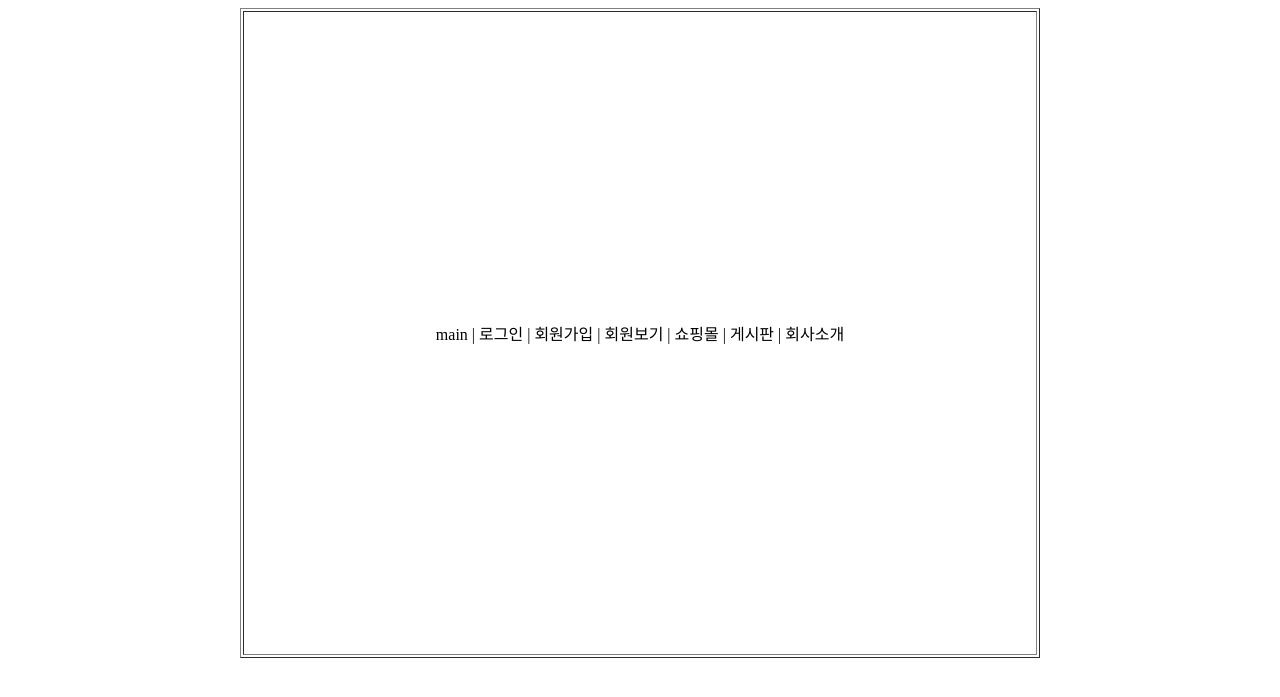
Repository: sungeunbyeol/Nowon-ezen-jsp
Page: http://localhost/myHome/
These files come from the project's save history. The page is drawn as it stood at one moment and after the next save; the edit follows.
The browser window is 1280 px wide. The pictures show the whole page.
The page is served by Tomcat 9.

Above is the page before, as saved 2021-11-03 01:49:53.

After the next save:
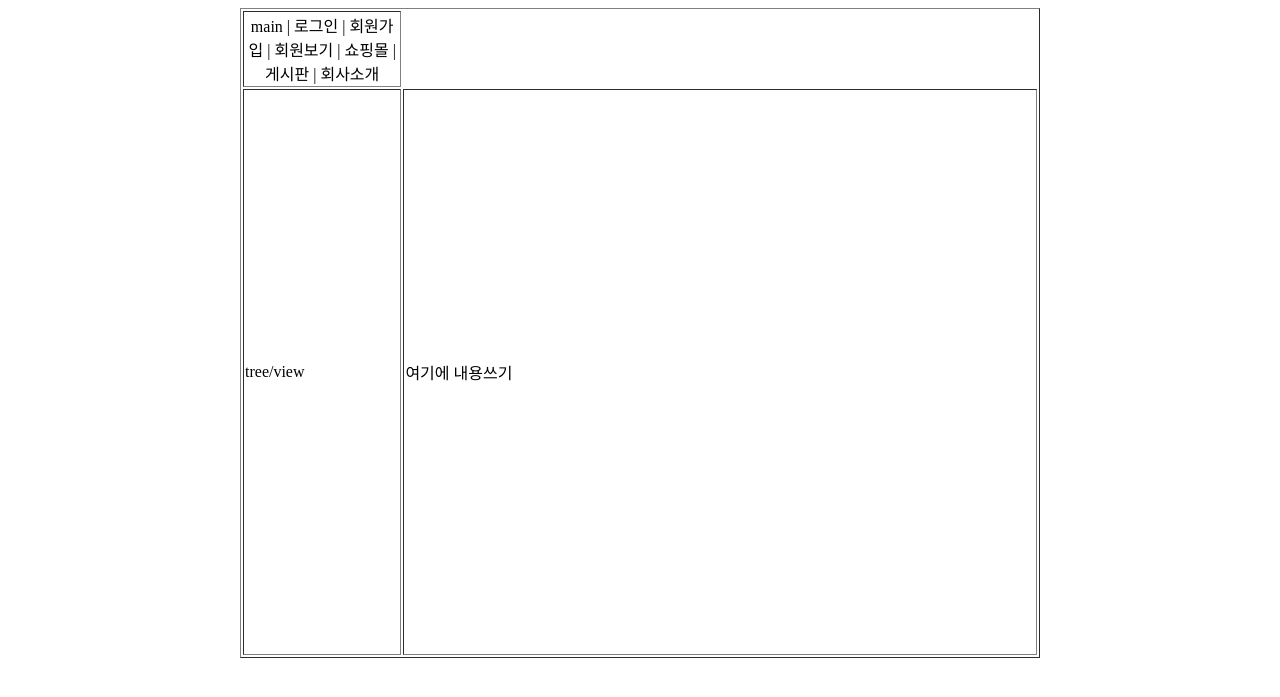
Saved 80 s later.
--- a/myHome/WebContent/index.jsp
+++ b/myHome/WebContent/index.jsp
@@ -13,6 +13,10 @@
 				main | 로그인 | 회원가입 | 회원보기 | 쇼핑몰 | 게시판 | 회사소개
 				</td>
 			</tr>
+			<tr>
+				<td width="20%"> tree/view</td>
+				<td width="80%"> 여기에 내용쓰기</td>
+			</tr>
 		</table>
 	</div>
 </body>
